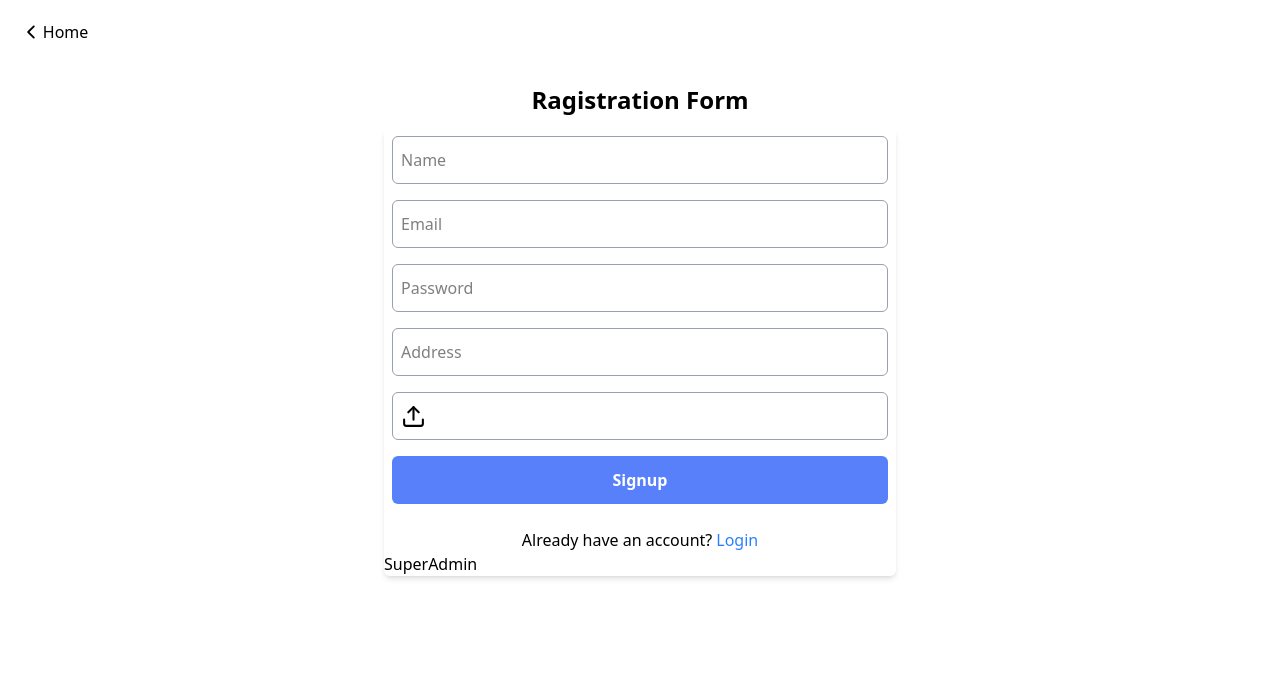
Repository: GAURAV-KUMAR22/restro-food-order-app
Page: /signup (app in qr-app/)
These files come from the project's save history. The page is drawn as it stood at one moment and after the next save; the edit follows.
The browser window is 1280 px wide. The pictures show the whole page.
The page's requests for data from a server got no answer. The project was rebuilt for these pictures with package versions that can differ from the ones it lists, and the page was loaded fresh each time. No one was signed in, and anything a server would have sent is missing. Also part of the build but not shown: qr-app/vite.config.js, qr-app/src/Services/ProtectedRoutes.jsx, qr-app/src/components/CardItem.jsx, qr-app/src/components/CardDetails.jsx, qr-app/src/components/Client/CategoryCard.jsx, qr-app/src/Services/Socket.js, qr-app/src/components/Client/OrderStatusCard.jsx, qr-app/src/components/Client/SearchInput.jsx and 33 more.

Above is the page before, as saved 2025-06-11 10:41:58.

After the next save:
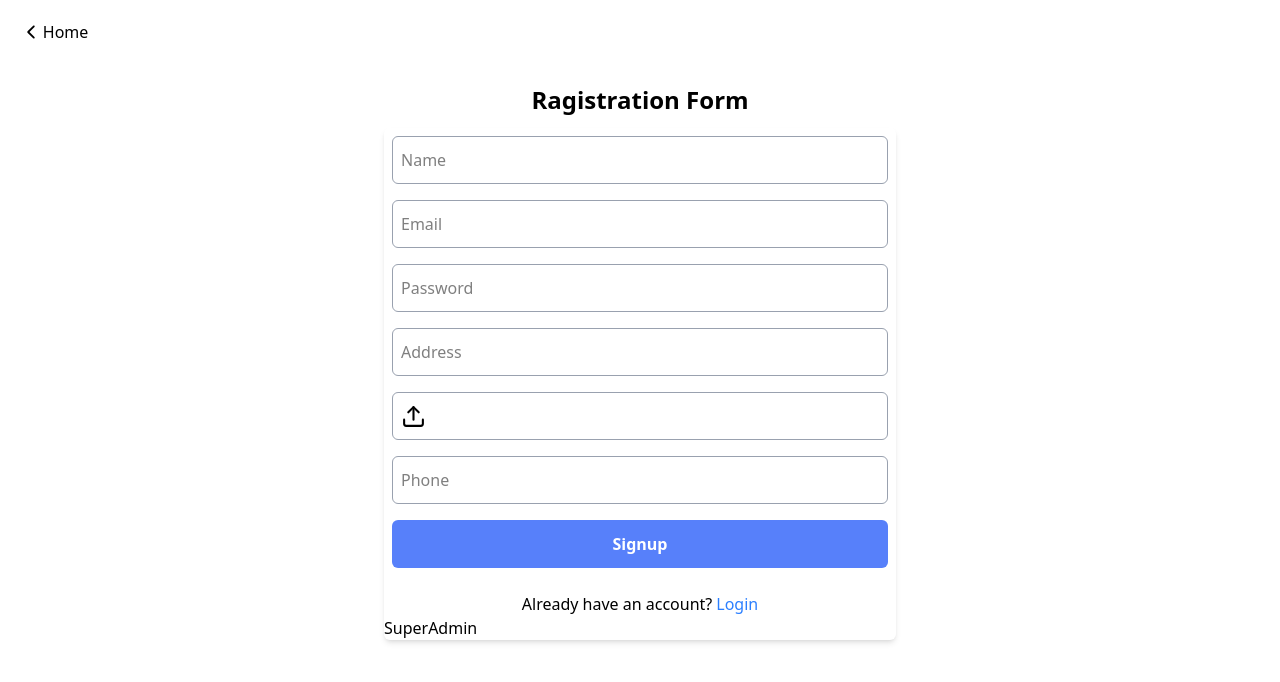
Saved 2 min 46 s later.
--- a/qr-app/src/Pages/Auth/Signup.jsx
+++ b/qr-app/src/Pages/Auth/Signup.jsx
@@ -150,6 +150,17 @@ export const Signup = () => {
               required
             />
           </div>
+          <div className="flex flex-col">
+            <input
+              type="tel"
+              name="phone"
+              placeholder="Phone"
+              required
+              className="m-2 border border-gray-400 pl-2 h-12 rounded-md"
+              onChange={handleInput}
+            />
+            {errors.phone && <p style={{ color: "red" }}>{errors.phone}</p>}
+          </div>
 
           {/* 🛠 No extra div! Directly button */}
           <button
